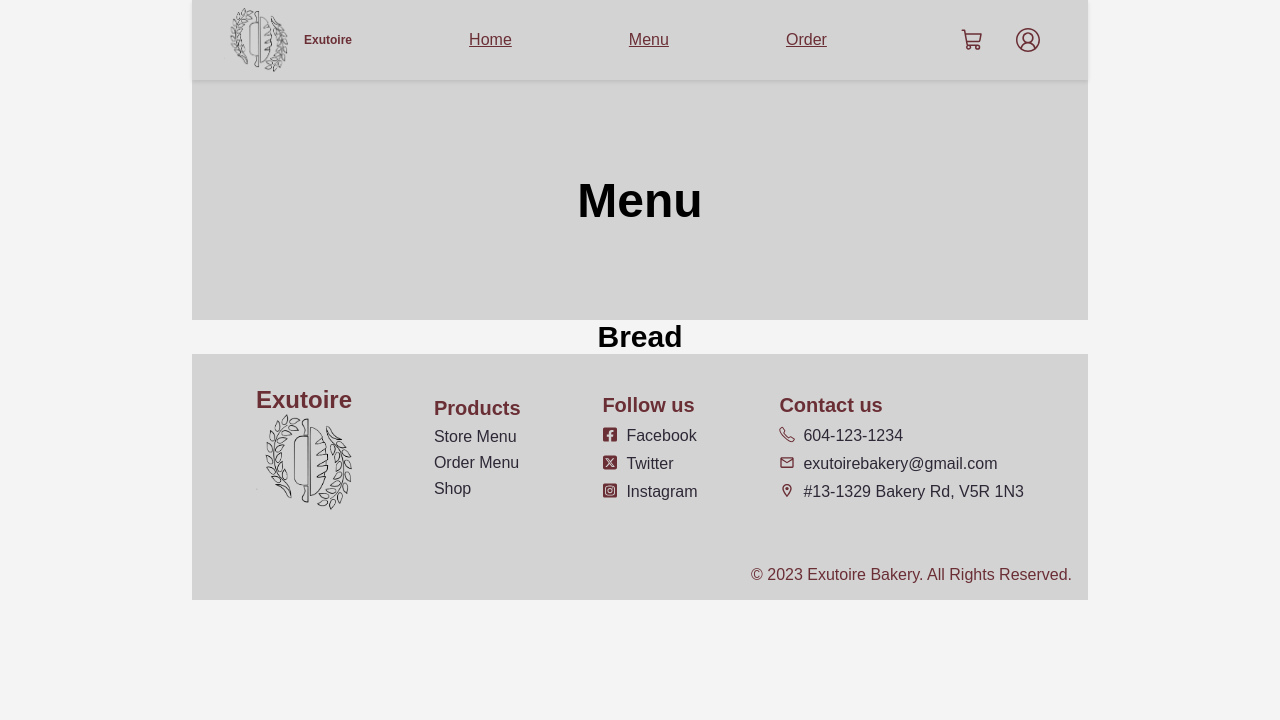
Repository: MelissaJacobi/COMP3170-final-proj
Page: /menu
These files come from the project's save history. The page is drawn as it stood at one moment and after the next save; the edit follows.
The browser window is 1280 px wide. The pictures show the whole page.
The project was rebuilt for these pictures with package versions that can differ from the ones it lists, and the page was loaded fresh each time. Also part of the build but not shown: vite.config.js, src/components/Carousel.module.css, src/components/Carousel.tsx, src/components/Vision.module.css, src/components/Vision.tsx, src/components/MenuGallery.tsx.

Above is the page before, as saved 2024-10-05 23:01:20.

After the next save:
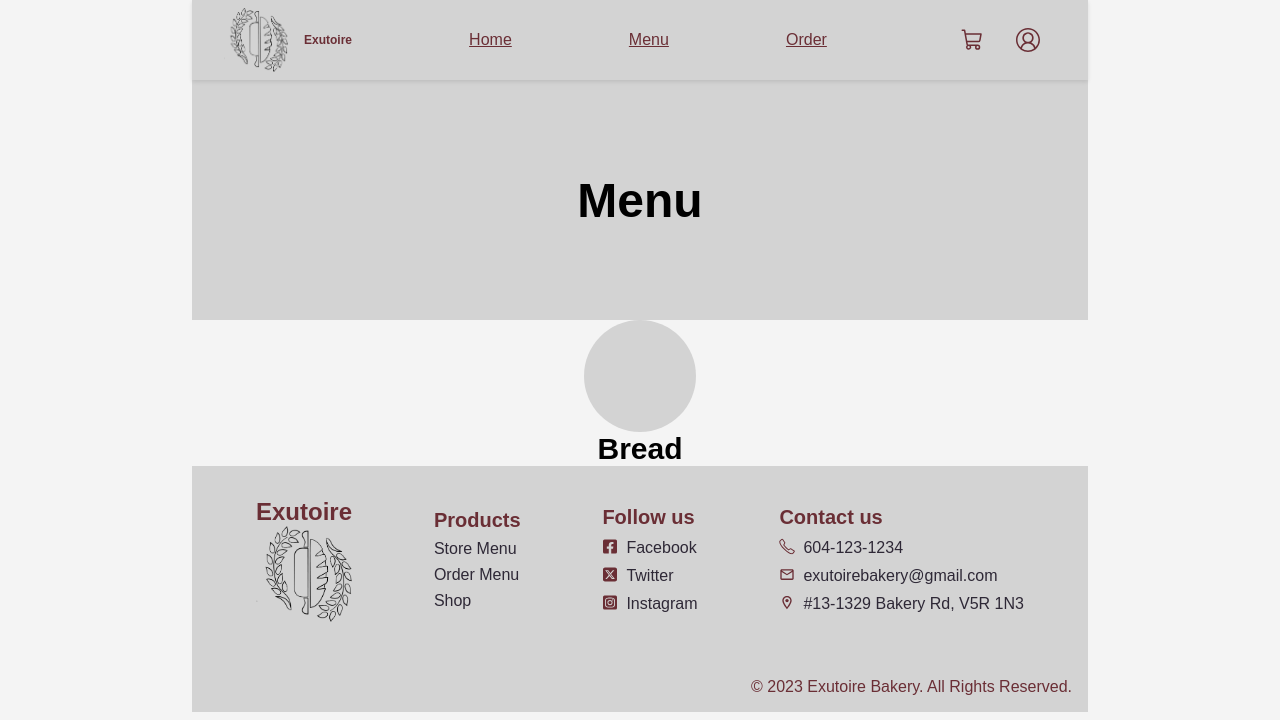
Saved 50 s later.
--- a/src/pages/menu.tsx
+++ b/src/pages/menu.tsx
@@ -9,7 +9,7 @@ export default function Menu() {
           <h1>Menu</h1>
         </div>
         <div className={styles.options}>
-          <div className={styles.options}>
+          <div className={styles.option}>
             <div></div>
             <h2>Bread</h2>
           </div>
